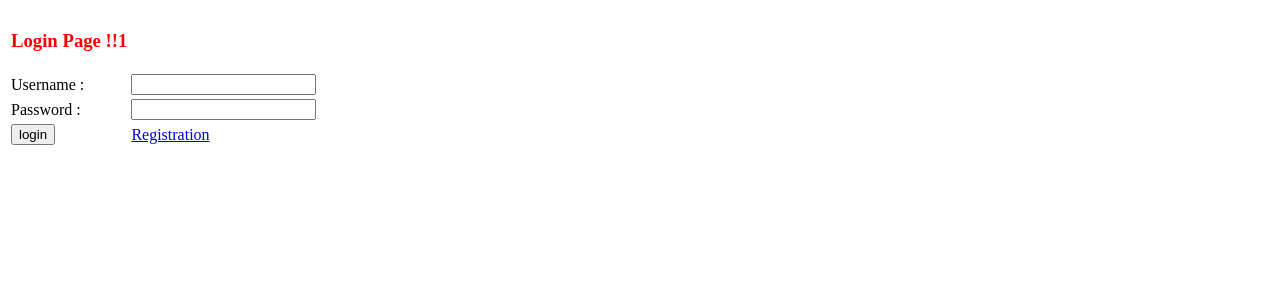
Repository: priyagund/jspServlet
Page: http://localhost/MyFirstLogin/login.jsp
The author's editor kept a copy of each file at every save. The page is drawn from the files as they stood at one save, then again after the next save.
The browser window is 1280 px wide. The pictures show the whole page.
The page is served by Tomcat 9. Other server files are loaded and not shown.

Above is the page before, as saved 2019-10-10 05:53:03.

### MyFirstLogin/WebContent/login.jsp
<%@ page language="java" contentType="text/html; charset=UTF-8"
	pageEncoding="UTF-8"%>
<!DOCTYPE html>
<html>
<head>
<meta charset="UTF-8">
<title>Insert title here</title>
</head>
<body>
	<form action="login" method="post">
	<table>
		<tr>
			<td><h3 style="color: red">Login Page !!1 </h3></td>
		</tr>
		<style = "background-color: skyblue; margin-left=20px; margin-top=20px";></style>
		<tr>
			<td>Username :</td>
			<td><input type="text" name="name"></td>
		</tr>
		<tr>
			<td>Password :</td>
			<td><input type="password" name="password"></td>
		</tr>
		<tr>
			<td><input type="submit" name="submit" value="login"></td>
			<td><a href="register.jsp">Registration</a></td>
		</tr>
	</table>

	</form>
</body>
</html>

After the next save:
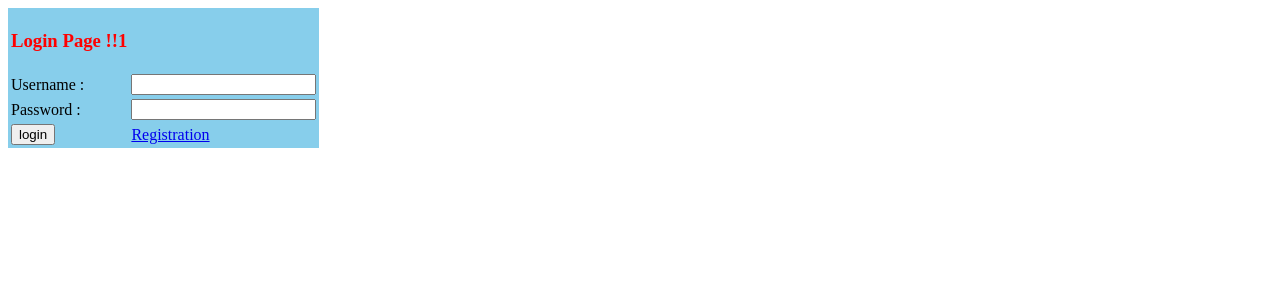
Saved 2 min 26 s later.
--- a/MyFirstLogin/WebContent/login.jsp
+++ b/MyFirstLogin/WebContent/login.jsp
@@ -8,11 +8,12 @@
 </head>
 <body>
 	<form action="login" method="post">
-	<table>
+	<table  style = "background-color: skyblue; margin-left=20px; margin-top=20px";>
+
 		<tr>
 			<td><h3 style="color: red">Login Page !!1 </h3></td>
 		</tr>
-		<style = "background-color: skyblue; margin-left=20px; margin-top=20px";></style>
+
 		<tr>
 			<td>Username :</td>
 			<td><input type="text" name="name"></td>
